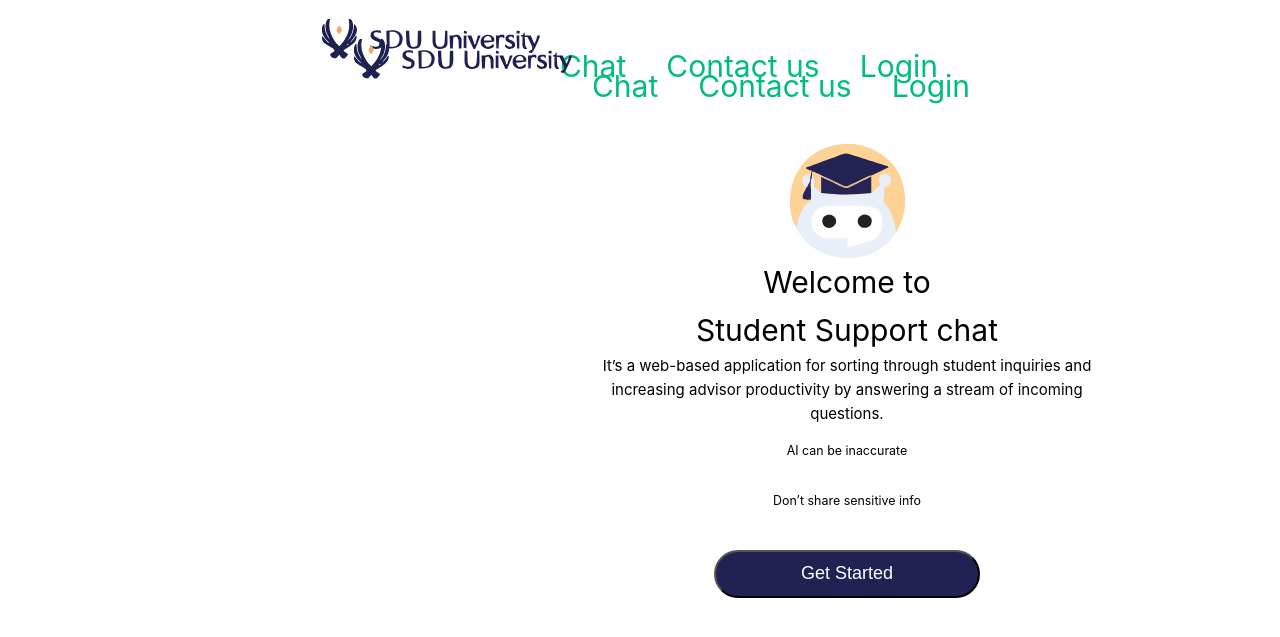
Repository: tolepbekova/Community_v.l
Page: /home
These files come from the project's save history. The page is drawn as it stood at one moment and after the next save; the edit follows.
The browser window is 1280 px wide. The pictures show the whole page.
The project was rebuilt for these pictures with package versions that can differ from the ones it lists, and the page was loaded fresh each time. Also part of the build but not shown: vite.config.js, src/components/HelloWorld.vue, src/views/Login.vue. Imported but missing from the stored project, and not drawn on this page: src/views/Change.vue.

Above is the page before, as saved 2024-05-10 06:52:29.

### src/App.vue
<script setup>
import HelloWorld from './components/HelloWorld.vue'
import router from './router/index.js'
import './assets/base.css'
</script>

<template>
    <div id="app">
        <v-app id="header">
            <v-card color="grey lighten-4" flat height="100px" tile>
                <v-toolbar dense>

                  <router-link   to="/home"> <img class="logo" src="../src/assets/logo/log.svg"></router-link>

                    <v-spacer></v-spacer>

                    <span><router-link to="/getstart">Chat</router-link></span>
                        <span><router-link to="/contact">Contact us</router-link></span>
                        <span><router-link to="/auth">Login</router-link></span>


                </v-toolbar>
            </v-card>
        </v-app>
         <router-view />
    </div>

</template>

<style>
#app {
    display: flex;

}

#header {
    display: flex;
    width: 100%;
    flex-direction: column;
    align-items: center;
    justify-content: space-between;
    position: fixed;
    margin-left: 0px;
    margin-right: 0px;
    margin-top: 0px;
}

#header img {
    width: 218px;
    height: 77px;
}

#navbar {
    display: flex;
    align-items: center;
    justify-content: center;
}
span  {
    list-style: none;
    padding: 0 20px;
    text-decoration: none;
    font-size: 30px;
    color: rgba(33, 33, 83, 1);
    transition: 0.3s ease;
}

#navbar li :hover {
    color: rgb(237, 237, 167);
}
</style>

### src/router/index.js
import Vue from 'vue'
import VueRouter from 'vue-router'
import Login from '../views/Login.vue'

Vue.use(VueRouter)

const router = new VueRouter({
  mode: 'history',
  base: import.meta.env.BASE_URL,
  routes: [
    {
      path: '/login',
      name: 'login',
      component: Login
    },
    {
      path: '/getstart',
      name: 'getstart',
      // route level code-splitting
      // this generates a separate chunk (About.[hash].js) for this route
      // which is lazy-loaded when the route is visited.
      component: () => import('../views/AboutView.vue')
    },
    {
      path: '/home',
      name: 'home',
      // route level code-splitting
      // this generates a separate chunk (About.[hash].js) for this route
      // which is lazy-loaded when the route is visited.
      component: () => import('../views/About.vue')
    },
    {
      path: '/sign',
      name: 'signin',
      component: () => import('../views/Signin.vue')
    },
    {
      path: '/contact',
      name: 'contact',
      component: () => import('../views/Contact.vue')
    },
    {
      path: '/auth',
      name: 'auth',
      component: () => import('../views/Auth.vue')
    },
    {
      path: '/change',
      name: 'change',
      component: () => import('../views/Change.vue')
    },

  ]
})

export default router

### src/assets/main.css
@import "./base.css";

#app {

  font-weight: normal;
}

a,
.green {
  text-decoration: none;
  color: hsla(160, 100%, 37%, 1);
  transition: 0.4s;
}

@media (hover: hover) {
  a:hover {
    background-color: hsla(160, 100%, 37%, 0.2);
  }
}

@media (min-width: 1024px) {
  body {
    display: flex;
    place-items: center;
  }

  #app {
    display: grid;
    grid-template-columns: 1fr 1fr;
    padding: 0 2rem;
  }
}

### src/assets/base.css
/* color palette from <https://github.com/vuejs/theme> */
:root {
  --vt-c-white: #ffffff;
  --vt-c-white-soft: #f8f8f8;
  --vt-c-white-mute: #f2f2f2;

  --vt-c-black: #181818;
  --vt-c-black-soft: #222222;
  --vt-c-black-mute: #282828;

  --vt-c-indigo: #2c3e50;

  --vt-c-divider-light-1: rgba(60, 60, 60, 0.29);
  --vt-c-divider-light-2: rgba(60, 60, 60, 0.12);
  --vt-c-divider-dadarkrk-1: rgba(84, 84, 84, 0.65);
  --vt-c-divider-dark-2: rgba(84, 84, 84, 0.48);

  --vt-c-text-light-1: var(--vt-c-indigo);
  --vt-c-text-light-2: rgba(60, 60, 60, 0.66);
  --vt-c-text-dark-1: var(--vt-c-white);
  --vt-c-text-dark-2: rgba(235, 235, 235, 0.64);
}

/* semantic color variables for this project */
:root {
  --color-background: var(--vt-c-white);
  --color-background-soft: var(--vt-c-white-soft);
  --color-background-mute: var(--vt-c-white-mute);

  --color-border: var(--vt-c-divider-light-2);
  --color-border-hover: var(--vt-c-divider-light-1);

  --color-heading: var(--vt-c-text-light-1);
  --color-text: var(--vt-c-text-light-1);

  --section-gap: 160px;
}

@media (prefers-color-scheme: dark) {
  :root {
    --color-background: var(--vt-c-black);
    --color-background-soft: var(--vt-c-black-soft);
    --color-background-mute: var(--vt-c-black-mute);

    --color-border: var(--vt-c-divider-dark-2);
    --color-border-hover: var(--vt-c-divider-dark-1);

    --color-heading: var(--vt-c-text-dark-1);
    --color-text: var(--vt-c-text-dark-2);
  }
}

*,
*::before,
*::after {
  box-sizing: border-box;
  margin: 0;
  position: relative;
  font-weight: normal;
}
html{
  padding: 0;
  margin: 0;
}
body {
  min-height: 10vh;
  padding: 0;
  margin: 0;
  transition: color 0.5s, background-color 0.5s;
  line-height: 1.6;
  font-family: Inter, -apple-system, BlinkMacSystemFont, 'Segoe UI', Roboto, Oxygen, Ubuntu,
    Cantarell, 'Fira Sans', 'Droid Sans', 'Helvetica Neue', sans-serif;
  font-size: 15px;
  text-rendering: optimizeLegibility;
  -webkit-font-smoothing: antialiased;
  -moz-osx-font-smoothing: grayscale;
}

### src/views/About.vue
<template>
  <div>
    <!-- <section id="header">
      <a href="about.html"><img class="logo" src="../assets/logo/log.svg"></a>
      <div class="navbar">
        <ul id="navbar">
          <li><a href="getstart.html">Chat</a></li>
          <li><a href="contact.html">Contact us</a></li>
          <li><a href="login.html">Log in</a></li>
        </ul>
      </div>
    </section> -->
    <v-app id="header">
      <v-card color="grey lighten-4" flat height="100px" tile>
        <v-toolbar dense>

          <router-link to="/home"> <img class="logo" src="../src/assets/logo/log.svg"></router-link>

          <v-spacer></v-spacer>

          <span><router-link to="/getstart">Chat</router-link></span>
          <span><router-link to="/contact">Contact us</router-link></span>
          <span><router-link to="/auth">Login</router-link></span>


        </v-toolbar>
      </v-card>
    </v-app>
    <router-view />



    <br><br>

    <br><br>
    <div class="abcolumn">
      <br><br>
      <img src="../assets/logo/finalicon13_1.svg" alt="">

      <h1>Welcome to <br>Student Support chat</h1>

      <div class="abp">
        <p>It’s a web-based application for sorting through student inquiries and increasing advisor productivity by
          answering a stream of incoming questions.</p>
      </div>
      <div class="ai">
        <div class="column">
          <!-- <img src="C:\Users\LENOVO\Downloads\icons\Artificial Intelligence.png" class="icon"> -->
        </div>
        <div class="column">
          <h5>AI can be inaccurate</h5>
        </div>
      </div>
      <div class="ai1">
        <div class="column">
          <h5>Don’t share sensitive info</h5>
        </div>
      </div>

      <br>
      <router-link to="login"><button class="abbtn1">Get Started</button></router-link>
      <br><br><br>
    </div>
  </div>
</template>

<script>
export default {

};
</script>

<style scoped>
#header {
  display: flex;
  align-items: center;
  justify-content: space-around;
  padding: 20px 80px;
}

#header img {
  width: 218px;
  height: 77px;
}

#navbar {
  display: flex;
  align-items: center;
  justify-content: center;
}

#navbar li {
  list-style: none;
  padding: 0 20px;
}

#navbar li a {
  text-decoration: none;
  font-size: 30px;
  color: rgba(33, 33, 83, 1);
  transition: 0.3s ease;
}

#navnar li a:hover {
  color: rgb(237, 237, 167);
}

.abcolumn {
  margin: auto;
  display: grid;
  place-items: center;
  text-align: center;
  margin-left: 550px;
}

.abbtn1 {
  margin: 0 auto;
  display: block;
  width: 266px;
  height: 48px;
  border-radius: 25px;
  color: #ffffff;
  background-color: rgba(33, 33, 83, 1);
  font-size: 18px;
}

img {
  width: 115px;
}

.abp {
  margin: 0 auto;
  display: block;
  width: 530px;
  text-align: center;
}

.icon {
  width: auto;
  height: auto;
}

.ai {
  display: flex;
  align-items: center;
  justify-content: center;
  height: 50px;
  justify-self: space;
}

.ai1 {
  display: flex;
  align-items: center;
  justify-content: center;
  height: 50px;
}

@media (max-width: 1200px) {
  .abcolumn {
    width: 90%;
  }

  .abp {
    width: 70%;
  }

  .icon {
    width: 80px;
  }

  .abbtn1 {
    width: 200px;
  }
}

@media (max-width: 768px) {
  .abcolumn {
    width: 70%;
  }

  .abp {
    width: 90%;
  }

  .icon {
    width: 60px;
  }

  .abbtn1 {
    width: 150px;
  }

  #navbar li a {
    font-size: 20px;
  }
}

@media (max-width: 600px) {
  .abcolumn {
    width: 50%;
  }

  .abp {
    width: 100%;
  }

  .icon {
    width: 50px;
  }

  .abbtn1 {
    width: 120px;
  }

  #navbar li a {
    font-size: 16px;
  }
}
</style>

Loaded but not shown: index.html (common file); src/main.js (common file)

After the next save:
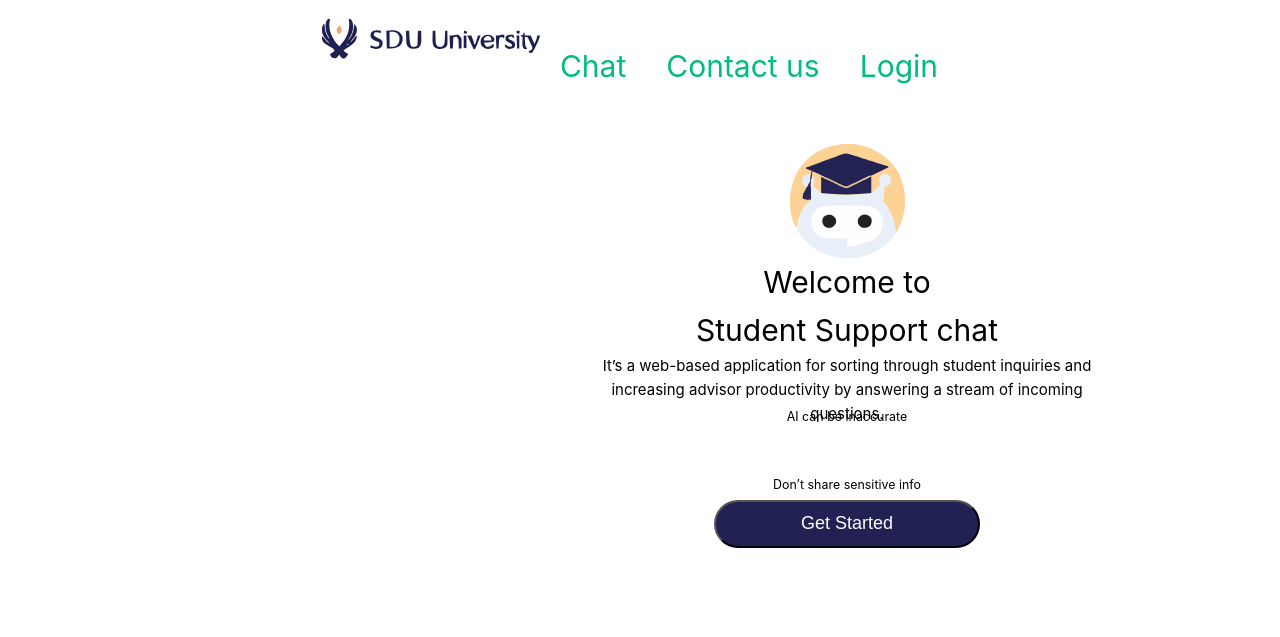
Saved 3 min 45 s later.
--- a/src/views/About.vue
+++ b/src/views/About.vue
@@ -10,29 +10,10 @@
         </ul>
       </div>
     </section> -->
-    <v-app id="header">
-      <v-card color="grey lighten-4" flat height="100px" tile>
-        <v-toolbar dense>
-
-          <router-link to="/home"> <img class="logo" src="../src/assets/logo/log.svg"></router-link>
-
-          <v-spacer></v-spacer>
-
-          <span><router-link to="/getstart">Chat</router-link></span>
-          <span><router-link to="/contact">Contact us</router-link></span>
-          <span><router-link to="/auth">Login</router-link></span>
-
-
-        </v-toolbar>
-      </v-card>
-    </v-app>
-    <router-view />
-
-
 
     <br><br>
 
-    <br><br>
+<br><br>
     <div class="abcolumn">
       <br><br>
       <img src="../assets/logo/finalicon13_1.svg" alt="">
@@ -49,13 +30,12 @@
         </div>
         <div class="column">
           <h5>AI can be inaccurate</h5>
+          <br><br>
+          <h5>Don’t share sensitive info</h5>
+
         </div>
       </div>
-      <div class="ai1">
-        <div class="column">
-          <h5>Don’t share sensitive info</h5>
-        </div>
-      </div>
+
 
       <br>
       <router-link to="login"><button class="abbtn1">Get Started</button></router-link>
